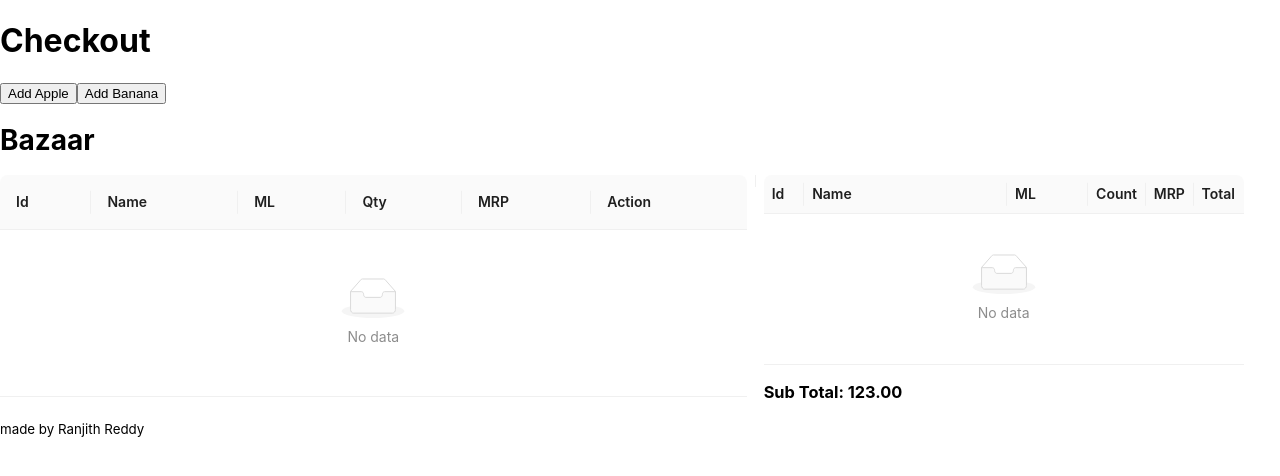
Repository: rxg8255/bazaar
Page: /
The author's editor kept a copy of each file at every save. The page is drawn from the files as they stood at one save, then again after the next save.
The browser window is 1280 px wide. The pictures show the whole page.
The page's requests for data from a server got no answer. The project was rebuilt for these pictures with package versions that can differ from the ones it lists, and the page was loaded fresh each time. No one was signed in, and anything a server would have sent is missing. Also part of the build but not shown: src/App.css.

Above is the page before, as saved 2024-01-28 20:54:27.

After the next save:
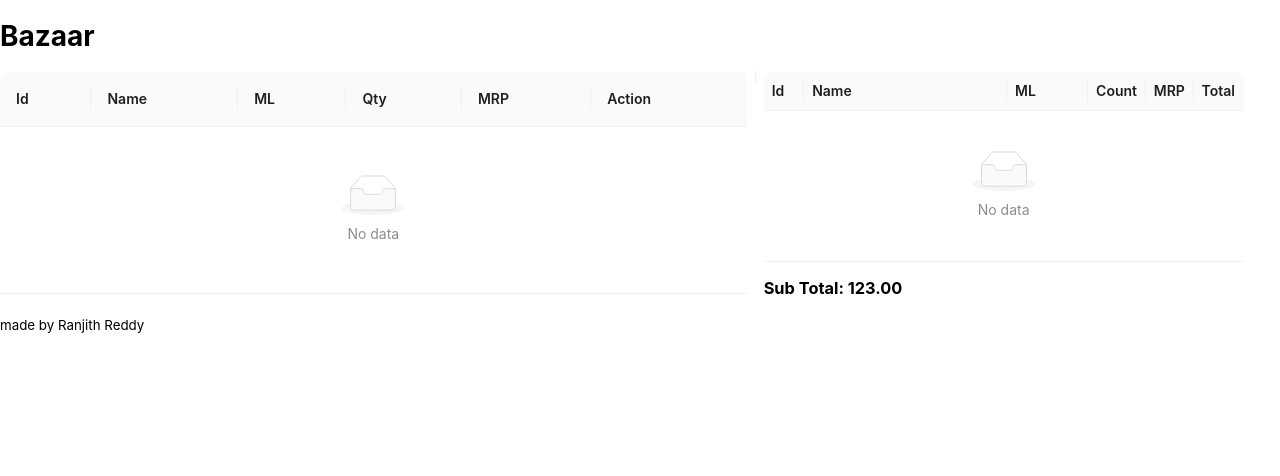
Saved 7 s later.
--- a/src/App.js
+++ b/src/App.js
@@ -20,7 +20,6 @@ function App() {
 
   return (
     <div className="container">
-      <Parent />
       <Row>
         <Col span={24}>
           <h1>Bazaar</h1>
